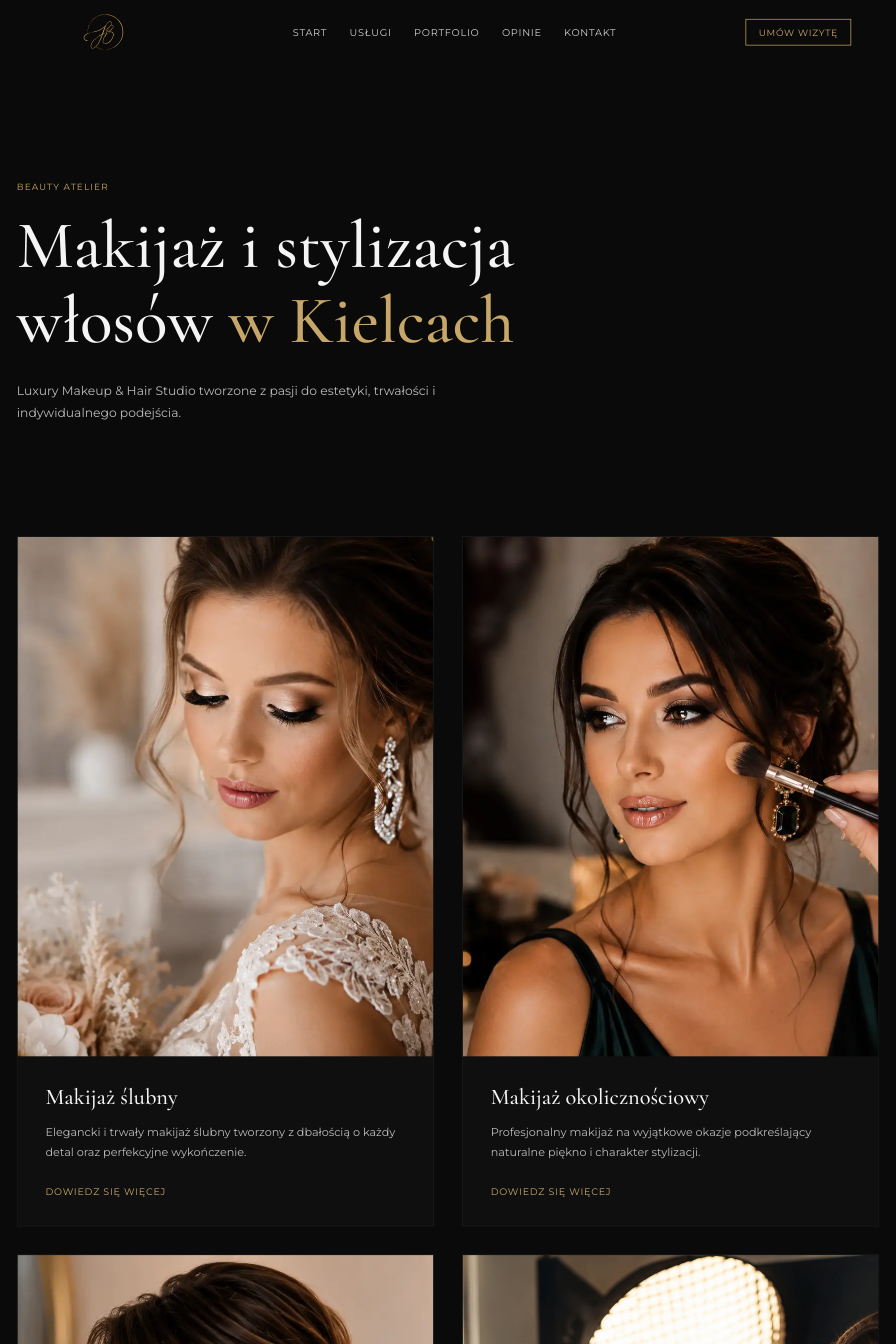
Repository: justynabrzezinskaatelier-bot/justynabrzezinska
Page: /uslugi
An editor plug-in stored every save of this project. The page is shown before and after the next save, followed by the edit.
The browser window is 1280 px wide. The pictures show the part of the page from y = 0 to 1920 px (the page is 4561 px tall), at 70% of full size.
The project was rebuilt for these pictures with package versions that can differ from the ones it lists, and the page was loaded fresh each time. The framework's server and built-in components were replaced by stand-ins that run in the browser. Also part of the build but not shown: next.config.ts.

Above is the page before, as saved 2026-05-09 16:00:14.

After the next save:
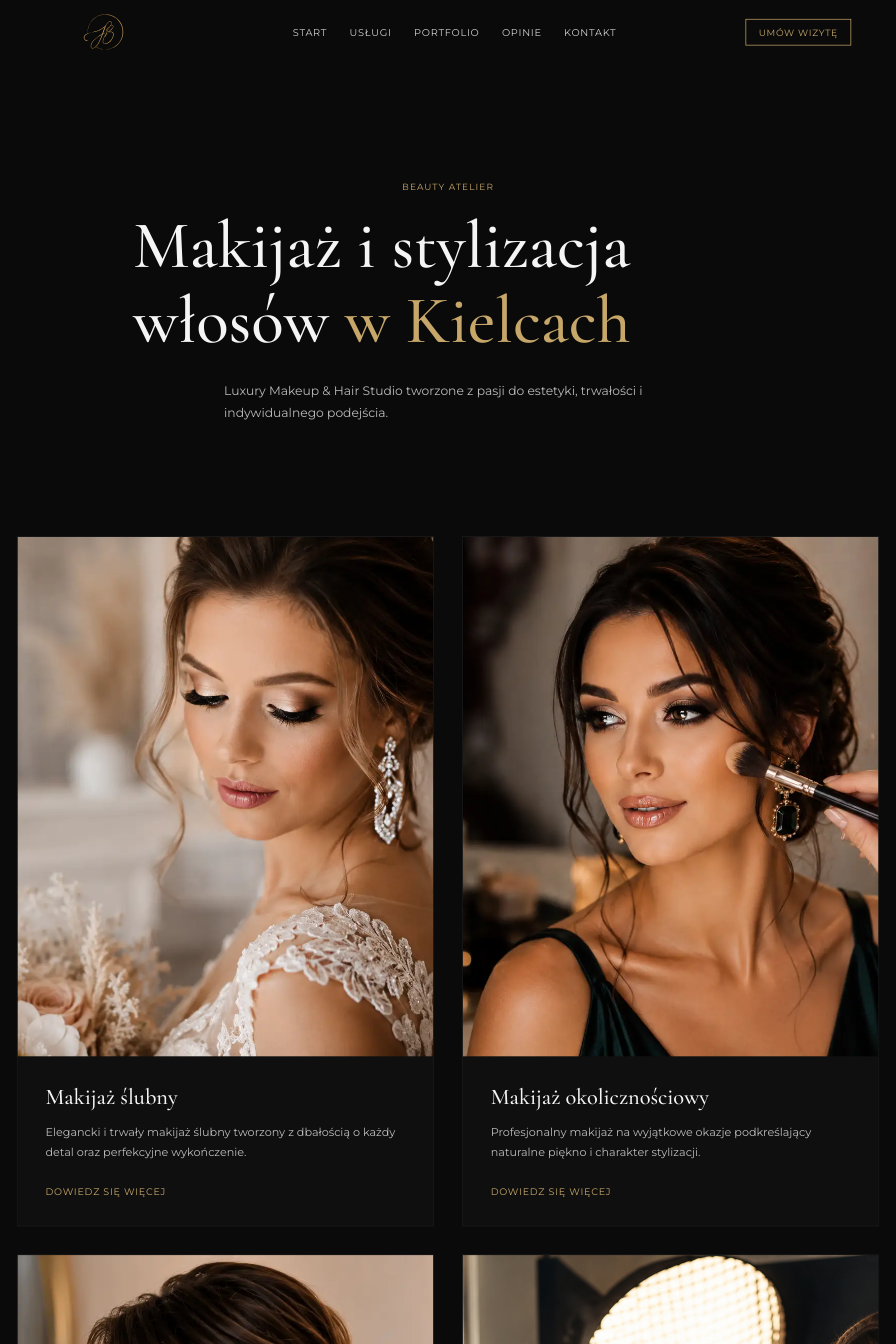
Saved 7 s later.
--- a/src/sections/ServicesPage/ServicesPage.tsx
+++ b/src/sections/ServicesPage/ServicesPage.tsx
@@ -66,19 +66,19 @@
     return (
         <main className={styles.page}>
             <section className={styles.hero}>
-                <div className="container">
-                    <p className={styles.label}>Beauty Atelier</p>
+                {/* <div className="container"> */}
+                <p className={styles.label}>Beauty Atelier</p>
 
-                    <h1>
-                        Makijaż i stylizacja włosów
-                        <span> w Kielcach</span>
-                    </h1>
+                <h1>
+                    Makijaż i stylizacja włosów
+                    <span> w Kielcach</span>
+                </h1>
 
-                    <p className={styles.description}>
-                        Luxury Makeup & Hair Studio tworzone z pasji do
-                        estetyki, trwałości i indywidualnego podejścia.
-                    </p>
-                </div>
+                <p className={styles.description}>
+                    Luxury Makeup & Hair Studio tworzone z pasji do
+                    estetyki, trwałości i indywidualnego podejścia.
+                </p>
+                {/* </div> */}
             </section>
 
             <section className={styles.services}>
